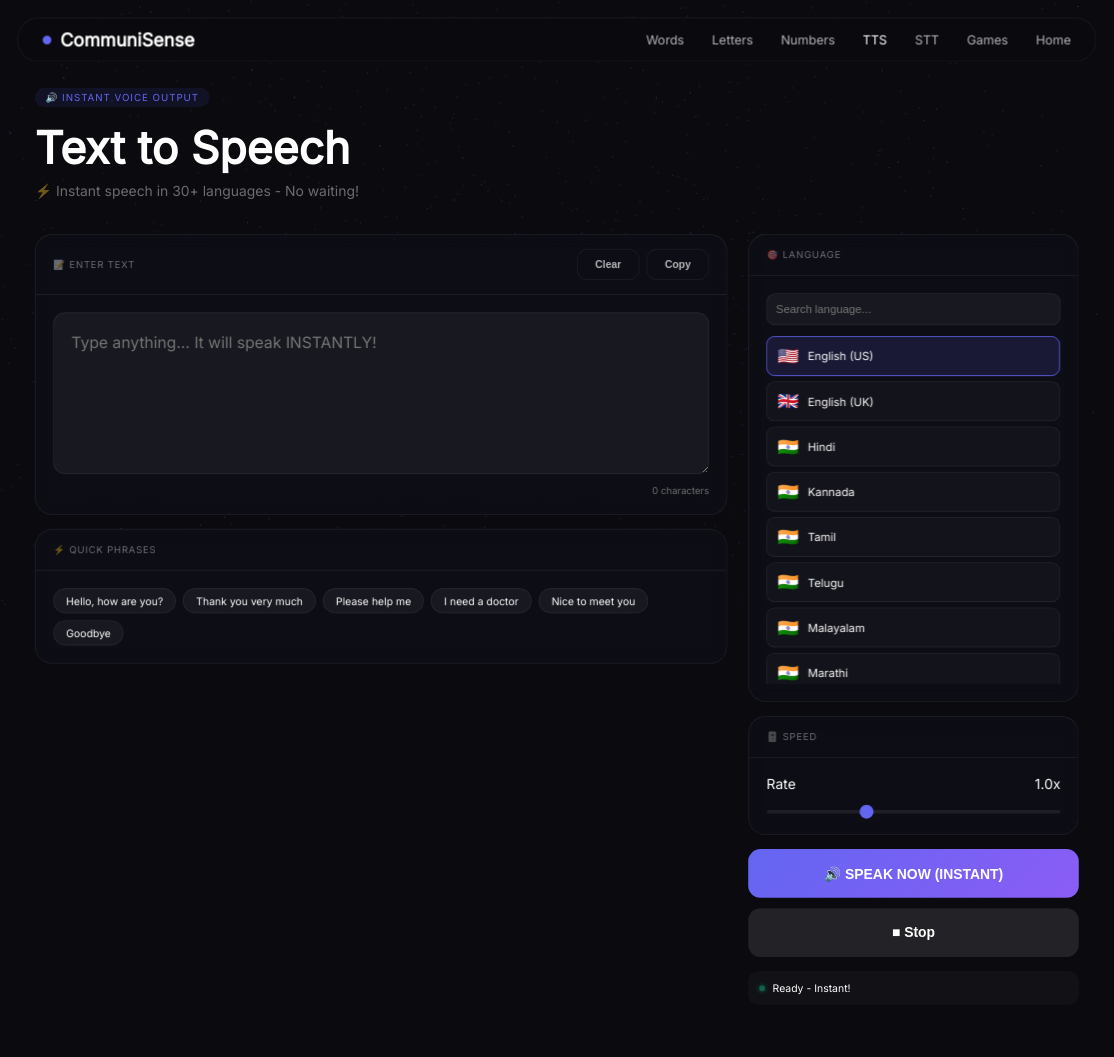
Repository: AI-Devsara01/-Real-Time-Multimodal-Communication-Platform-for-Speech-and-Hearing-Impaired-Individuals
Page: http://localhost/tts
These files come from the project's save history. The page is drawn as it stood at one moment and after the next save; the edit follows.
The browser window is 1280 px wide. The pictures show the whole page, at 87% of full size.
The page is served by the project's application, run on Flask 3 (app.py).

Above is the page before, as saved 2026-04-20 18:08:48.

After the next save:
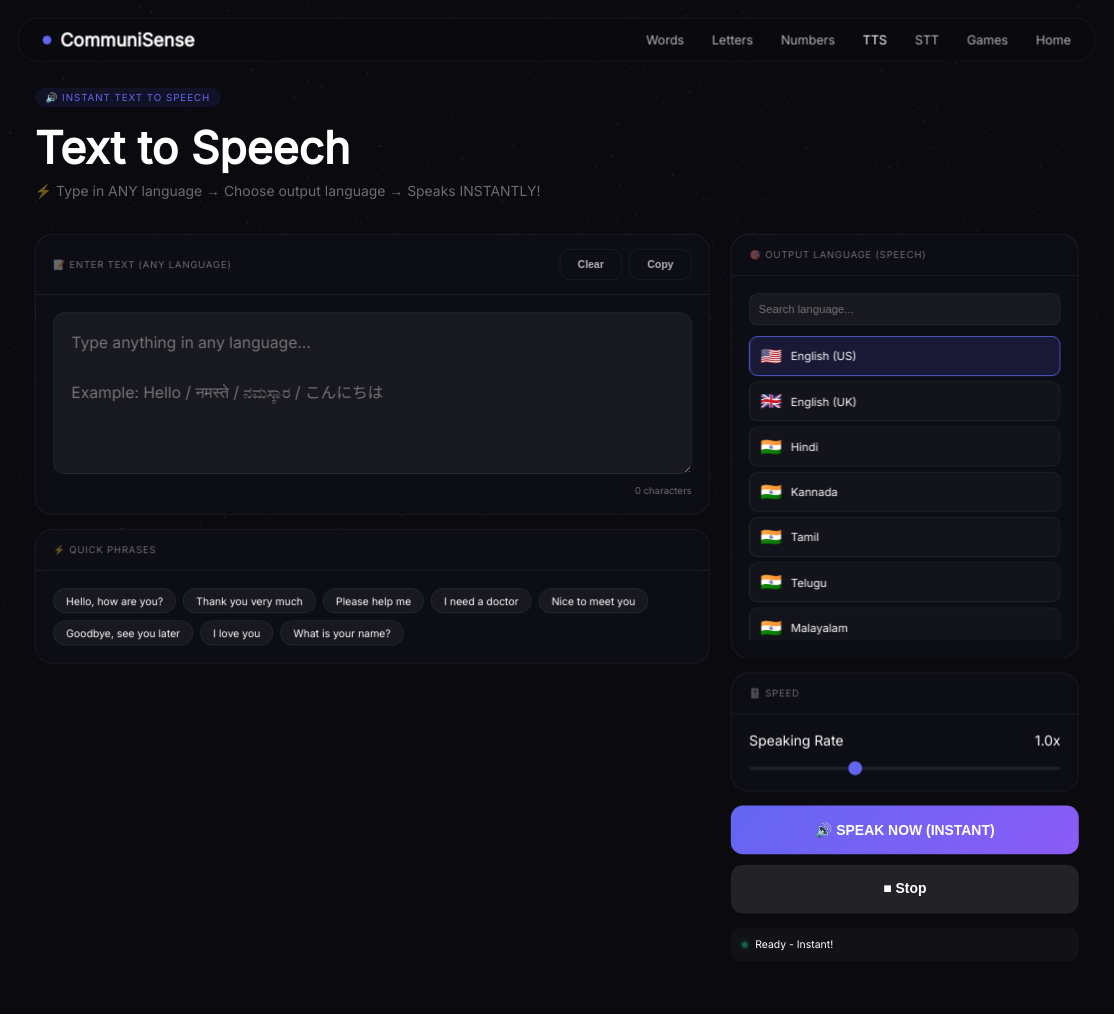
Saved 16 s later.
--- a/templates/tts.html
+++ b/templates/tts.html
@@ -113,7 +113,7 @@
 
     .tts-grid {
         display: grid;
-        grid-template-columns: 1fr 380px;
+        grid-template-columns: 1fr 400px;
         gap: 24px;
     }
 
@@ -240,16 +240,11 @@
         font-size: 13px;
     }
 
-    .search-input:focus {
-        outline: none;
-        border-color: var(--accent);
-    }
-
     .lang-grid {
         display: grid;
         grid-template-columns: 1fr;
         gap: 6px;
-        max-height: 400px;
+        max-height: 350px;
         overflow-y: auto;
     }
 
@@ -353,23 +348,23 @@
 
 <div class="main-layout">
     <div style="margin-bottom: 40px">
-        <span class="section-label">🔊 INSTANT Voice Output</span>
+        <span class="section-label">🔊 INSTANT Text to Speech</span>
         <h1 style="font-size: clamp(32px, 4vw, 52px); font-weight: 800;">Text to Speech</h1>
-        <p style="color: var(--text-muted); margin-top: 8px;">⚡ Instant speech in 30+ languages - No waiting!</p>
+        <p style="color: var(--text-muted); margin-top: 8px;">⚡ Type in ANY language → Choose output language → Speaks INSTANTLY!</p>
     </div>
 
     <div class="tts-grid">
         <div>
             <div class="panel">
                 <div class="panel-header">
-                    <span class="panel-title">📝 Enter Text</span>
+                    <span class="panel-title">📝 Enter Text (Any Language)</span>
                     <div style="display: flex; gap: 8px;">
                         <button class="btn btn-ghost" onclick="clearText()">Clear</button>
                         <button class="btn btn-ghost" onclick="copyText()">Copy</button>
                     </div>
                 </div>
                 <div class="panel-body">
-                    <textarea id="ttsInput" class="big-textarea" rows="5" placeholder="Type anything... It will speak INSTANTLY!"></textarea>
+                    <textarea id="ttsInput" class="big-textarea" rows="5" placeholder="Type anything in any language...&#10;&#10;Example: Hello / नमस्ते / ನಮಸ್ಕಾರ / こんにちは"></textarea>
                     <div class="char-count"><span id="charCount">0</span> characters</div>
                 </div>
             </div>
@@ -387,7 +382,7 @@
         <div>
             <div class="panel">
                 <div class="panel-header">
-                    <span class="panel-title">🎯 Language</span>
+                    <span class="panel-title">🎯 Output Language (Speech)</span>
                 </div>
                 <div class="panel-body">
                     <input type="text" id="langSearch" class="search-input" placeholder="Search language...">
@@ -401,7 +396,7 @@
                 </div>
                 <div class="panel-body">
                     <div style="display: flex; justify-content: space-between; margin-bottom: 8px;">
-                        <span>Rate</span>
+                        <span>Speaking Rate</span>
                         <span id="rateValue">1.0x</span>
                     </div>
                     <input type="range" id="rateSlider" min="0.5" max="2" step="0.1" value="1">
@@ -488,7 +483,7 @@
 </script>
 
 <script>
-    // 30+ Languages for INSTANT speech (browser native)
+    // 30+ Languages supported by browser Speech Synthesis
     const LANGUAGES = [
         { name: "English (US)", code: "en-US", flag: "🇺🇸" },
         { name: "English (UK)", code: "en-GB", flag: "🇬🇧" },
@@ -511,7 +506,10 @@
         { name: "Korean", code: "ko-KR", flag: "🇰🇷" },
         { name: "Chinese", code: "zh-CN", flag: "🇨🇳" },
         { name: "Arabic", code: "ar-SA", flag: "🇸🇦" },
-        { name: "Turkish", code: "tr-TR", flag: "🇹🇷" }
+        { name: "Turkish", code: "tr-TR", flag: "🇹🇷" },
+        { name: "Dutch", code: "nl-NL", flag: "🇳🇱" },
+        { name: "Polish", code: "pl-PL", flag: "🇵🇱" },
+        { name: "Swedish", code: "sv-SE", flag: "🇸🇪" }
     ];
 
     let selectedLang = LANGUAGES[0];
@@ -543,7 +541,9 @@
         "Please help me",
         "I need a doctor",
         "Nice to meet you",
-        "Goodbye"
+        "Goodbye, see you later",
+        "I love you",
+        "What is your name?"
     ];
 
     const phraseBank = document.getElementById('phraseBank');
@@ -578,7 +578,7 @@
     }
 
     function speakNow() {
-        const text = document.getElementById('ttsInput').value.trim();
+        let text = document.getElementById('ttsInput').value.trim();
         if (!text) {
             showToast('Please enter some text');
             return;
@@ -598,7 +598,7 @@
         utterance.rate = rate;
 
         utterance.onstart = () => {
-            console.log("🔊 Speaking instantly:", text);
+            console.log("🔊 Speaking in", selectedLang.name);
         };
 
         utterance.onend = () => {
@@ -608,8 +608,8 @@
 
         utterance.onerror = (e) => {
             console.error('Speech error:', e);
-            setStatus('Error', 'active');
-            showToast('Speech error');
+            setStatus('Error - Try different language', 'active');
+            showToast('Speech error. Try a different language.');
             currentUtterance = null;
         };
 
